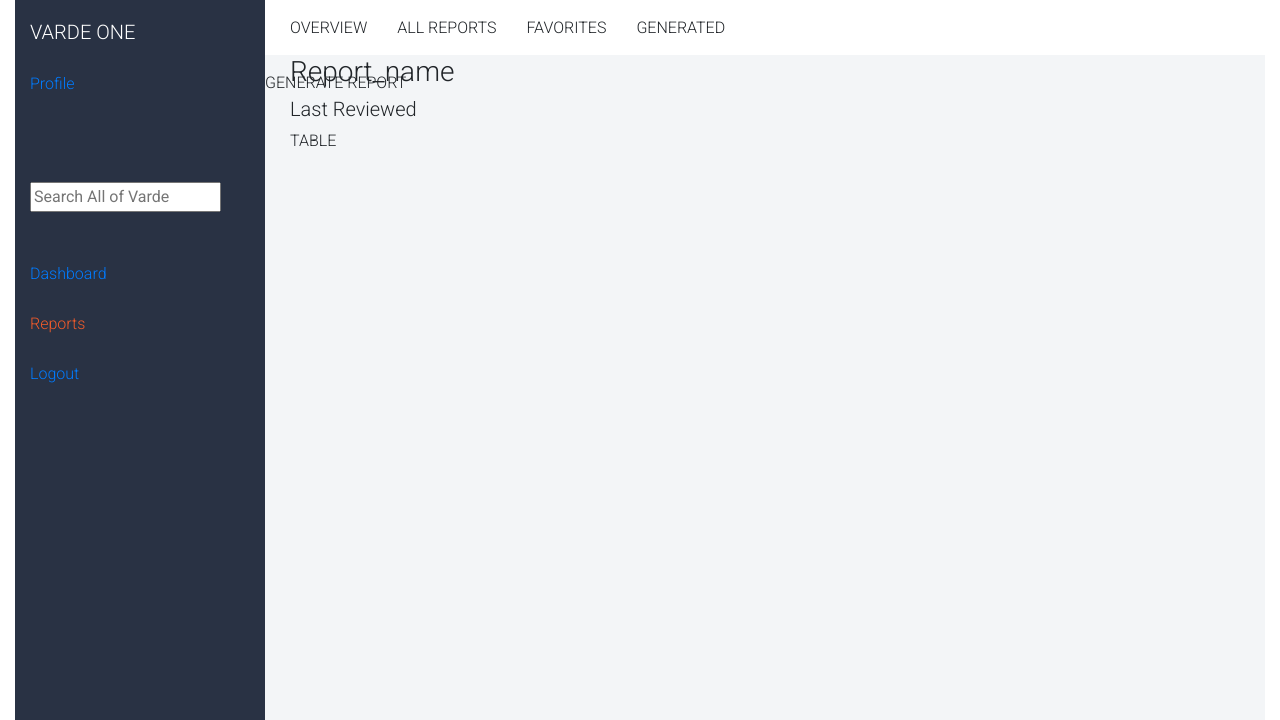
Repository: slavishtipkov/cra-redux
Page: /reports
An editor plug-in stored every save of this project. The page is shown before and after the next save, followed by the edit.
The browser window is 1280 px wide. The pictures show the whole page.
The project was rebuilt for these pictures with package versions that can differ from the ones it lists, and the page was loaded fresh each time.

Above is the page before, as saved 2019-07-09 13:36:27.

After the next save:
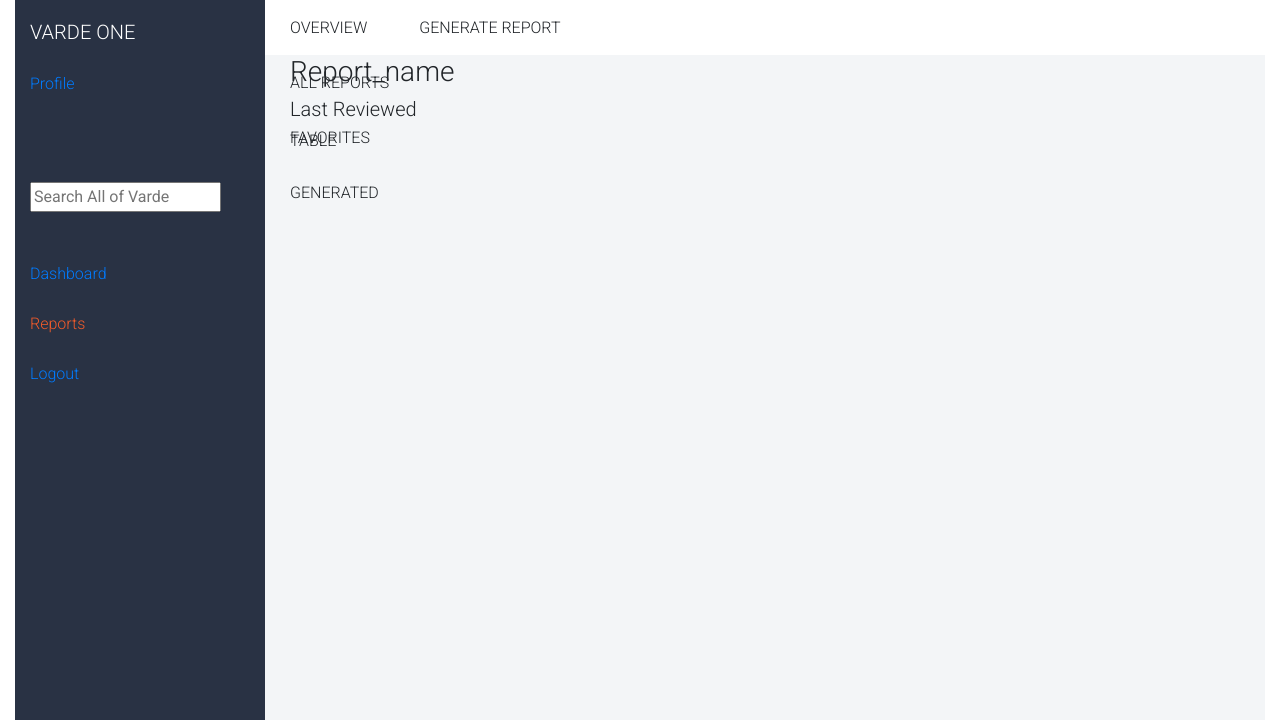
Saved 6 s later.
--- a/src/Components/App/App.scss
+++ b/src/Components/App/App.scss
@@ -18,8 +18,8 @@
         background-color: #ffffff;
         height: 55px;
         line-height: 55px;
+        display: flex;
         ul {
-          display: flex;
           margin: 0;
           padding: 0;
 
